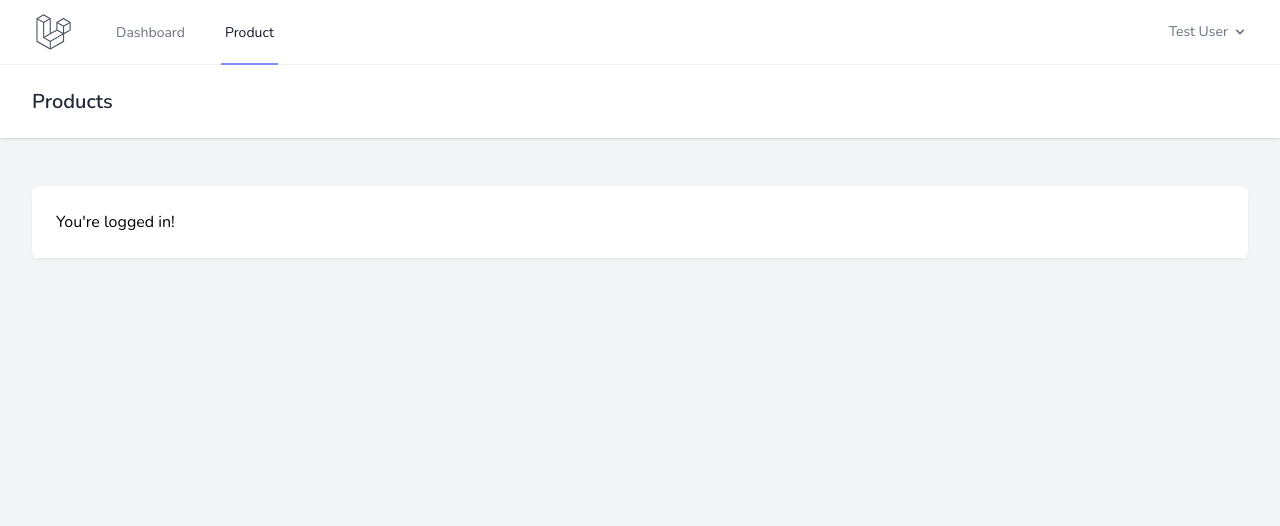
Repository: krishna-vm/them_set
Page: http://localhost/product
The author's editor kept a copy of each file at every save. The page is drawn from the files as they stood at one save, then again after the next save.
The browser window is 1280 px wide. The pictures show the whole page.
The page is served by the project's Laravel application, run on PHP 8.4 with Laravel 8. A made-up administrator, Test User (test@example.com), is signed in. Other server files are loaded and not shown. Style sheets and scripts are compiled from the project's sources, by tool versions that may differ from the author's.

Above is the page before, as saved 2022-09-08 13:22:56.

### routes/web.php
<?php

use Illuminate\Support\Facades\Route;

/*
|--------------------------------------------------------------------------
| Web Routes
|--------------------------------------------------------------------------
|
| Here is where you can register web routes for your application. These
| routes are loaded by the RouteServiceProvider within a group which
| contains the "web" middleware group. Now create something great!
|
*/

Route::get('/', function () {
    return view('welcome');
});

Route::get('/dashboard', function () {
    return view('dashboard');
})->middleware(['auth'])->name('dashboard');
Route::get('/product', function () {
    return view('product');
})->middleware(['auth'])->name('product');

require __DIR__.'/auth.php';

### resources/views/product.blade.php
<x-app-layout>
    <x-slot name="header">
        <h2 class="font-semibold text-xl text-gray-800 leading-tight">
            {{ __('Products') }}
        </h2>
    </x-slot>

    <div class="py-12">
        <div class="max-w-7xl mx-auto sm:px-6 lg:px-8">
            <div class="bg-white overflow-hidden shadow-sm sm:rounded-lg">
                <div class="p-6 bg-white border-b border-gray-200">
                    You're logged in!
                </div>
            </div>
        </div>
    </div>
</x-app-layout>

### resources/views/layouts/navigation.blade.php
<nav x-data="{ open: false }" class="bg-white border-b border-gray-100">
    <!-- Primary Navigation Menu -->
    <div class="max-w-7xl mx-auto px-4 sm:px-6 lg:px-8">
        <div class="flex justify-between h-16">
            <div class="flex">
                <!-- Logo -->
                <div class="shrink-0 flex items-center">
                    <a href="{{ route('dashboard') }}">
                        <x-application-logo class="block h-10 w-auto fill-current text-gray-600" />
                    </a>
                </div>

                <!-- Navigation Links -->
                <div class="hidden space-x-8 sm:-my-px sm:ml-10 sm:flex">
                    <x-nav-link :href="route('dashboard')" :active="request()->routeIs('dashboard')">
                        {{ __('Dashboard') }}
                    </x-nav-link>
                    <x-nav-link :href="route('product')" :active="request()->routeIs('product')">
                        {{ __('Product') }}
                    </x-nav-link>
                </div>
            </div>

            <!-- Settings Dropdown -->
            <div class="hidden sm:flex sm:items-center sm:ml-6">
                <x-dropdown align="right" width="48">
                    <x-slot name="trigger">
                        <button class="flex items-center text-sm font-medium text-gray-500 hover:text-gray-700 hover:border-gray-300 focus:outline-none focus:text-gray-700 focus:border-gray-300 transition duration-150 ease-in-out">
                            <div>{{ Auth::user()->name }}</div>

                            <div class="ml-1">
                                <svg class="fill-current h-4 w-4" xmlns="http://www.w3.org/2000/svg" viewBox="0 0 20 20">
                                    <path fill-rule="evenodd" d="M5.293 7.293a1 1 0 011.414 0L10 10.586l3.293-3.293a1 1 0 111.414 1.414l-4 4a1 1 0 01-1.414 0l-4-4a1 1 0 010-1.414z" clip-rule="evenodd" />
                                </svg>
                            </div>
                        </button>
                    </x-slot>

                    <x-slot name="content">
                        <!-- Authentication -->
                        <form method="POST" action="{{ route('logout') }}">
                            @csrf

                            <x-dropdown-link :href="route('logout')"
                                    onclick="event.preventDefault();
                                                this.closest('form').submit();">
                                {{ __('Log Out') }}
                            </x-dropdown-link>
                        </form>
                    </x-slot>
                </x-dropdown>
            </div>

            <!-- Hamburger -->
            <div class="-mr-2 flex items-center sm:hidden">
                <button @click="open = ! open" class="inline-flex items-center justify-center p-2 rounded-md text-gray-400 hover:text-gray-500 hover:bg-gray-100 focus:outline-none focus:bg-gray-100 focus:text-gray-500 transition duration-150 ease-in-out">
                    <svg class="h-6 w-6" stroke="currentColor" fill="none" viewBox="0 0 24 24">
                        <path :class="{'hidden': open, 'inline-flex': ! open }" class="inline-flex" stroke-linecap="round" stroke-linejoin="round" stroke-width="2" d="M4 6h16M4 12h16M4 18h16" />
                        <path :class="{'hidden': ! open, 'inline-flex': open }" class="hidden" stroke-linecap="round" stroke-linejoin="round" stroke-width="2" d="M6 18L18 6M6 6l12 12" />
                    </svg>
                </button>
            </div>
        </div>
    </div>

    <!-- Responsive Navigation Menu -->
    <div :class="{'block': open, 'hidden': ! open}" class="hidden sm:hidden">
        <div class="pt-2 pb-3 space-y-1">
            <x-responsive-nav-link :href="route('dashboard')" :active="request()->routeIs('dashboard')">
                {{ __('Dashboard') }}
            </x-responsive-nav-link>
        </div>

        <!-- Responsive Settings Options -->
        <div class="pt-4 pb-1 border-t border-gray-200">
            <div class="px-4">
                <div class="font-medium text-base text-gray-800">{{ Auth::user()->name }}</div>
                <div class="font-medium text-sm text-gray-500">{{ Auth::user()->email }}</div>
            </div>

            <div class="mt-3 space-y-1">
                <!-- Authentication -->
                <form method="POST" action="{{ route('logout') }}">
                    @csrf

                    <x-responsive-nav-link :href="route('logout')"
                            onclick="event.preventDefault();
                                        this.closest('form').submit();">
                        {{ __('Log Out') }}
                    </x-responsive-nav-link>
                </form>
            </div>
        </div>
    </div>
</nav>

Loaded but not shown: routes/auth.php (common file); app/Models/User.php (common file); app/View/Components/AppLayout.php (common file); resources/views/layouts/app.blade.php (common file); resources/views/components/application-logo.blade.php (common file); resources/views/components/nav-link.blade.php (common file); resources/views/components/dropdown-link.blade.php (common file); resources/views/components/dropdown.blade.php (common file); resources/views/components/responsive-nav-link.blade.php (common file); public/js/app.js (library); resources/css/app.css (common file); tailwind.config.js (common file)

After the next save:
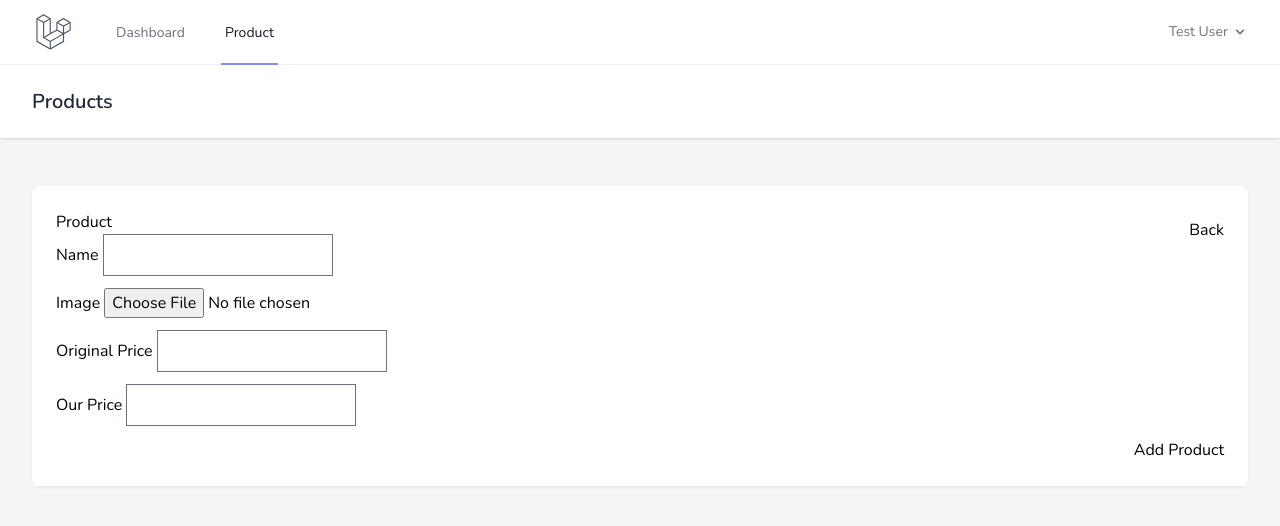
Saved 87 s later.
--- a/resources/views/product.blade.php
+++ b/resources/views/product.blade.php
@@ -9,7 +9,45 @@
         <div class="max-w-7xl mx-auto sm:px-6 lg:px-8">
             <div class="bg-white overflow-hidden shadow-sm sm:rounded-lg">
                 <div class="p-6 bg-white border-b border-gray-200">
-                    You're logged in!
+                    <div class="row">
+                        <div class="col-md-12 ">
+                            <div class="card">
+                                <div class="card-header">
+                                    <h4>Product
+                                        <a class="btn btn-primary mt-2 mt-xl-0 float-end" href="{{url('admin/dashboard')}}">Back</a>
+                                    </h4>
+                                </div>
+                                <div class="card-body">
+                                    <form method="post" action="{{ url('admin/uploadproduct') }}" enctype="multipart/form-data">
+                                        @csrf
+                                            <div class="row">
+                                                <div class="col-md-6 mb-3" >
+                                                        <label for="">Name</label>
+                                                        <input type="text" name="name" class="form-control" required>
+                                                </div>
+                                                <div class="col-md-6 mb-3" >
+                                                        <label for="">Image</label>
+                                                        <input type="file" name="image" class="form-control" required>
+                                                </div>
+                                                <div class="col-md-6 mb-3" >
+                                                        <label for="">Original Price</label>
+                                                        <input type="text" name="original_price" class="form-control" required>
+                                                </div>
+                                                <div class="col-md-6 mb-3" >
+                                                        <label for="">Our Price</label>
+                                                        <input type="text" name="our_price" class="form-control" required>
+                                                </div>
+                                                <div  class="flex justify-end mt-1 btn btn-success  ">
+                                                    <button  type="submit" class="btn btn-success ">
+                                                        Add Product
+                                                    </button>
+                                                </div>
+                                            </div>
+                                    </form>
+                                </div>
+                            </div>
+                        </div>
+            </div>
                 </div>
             </div>
         </div>
